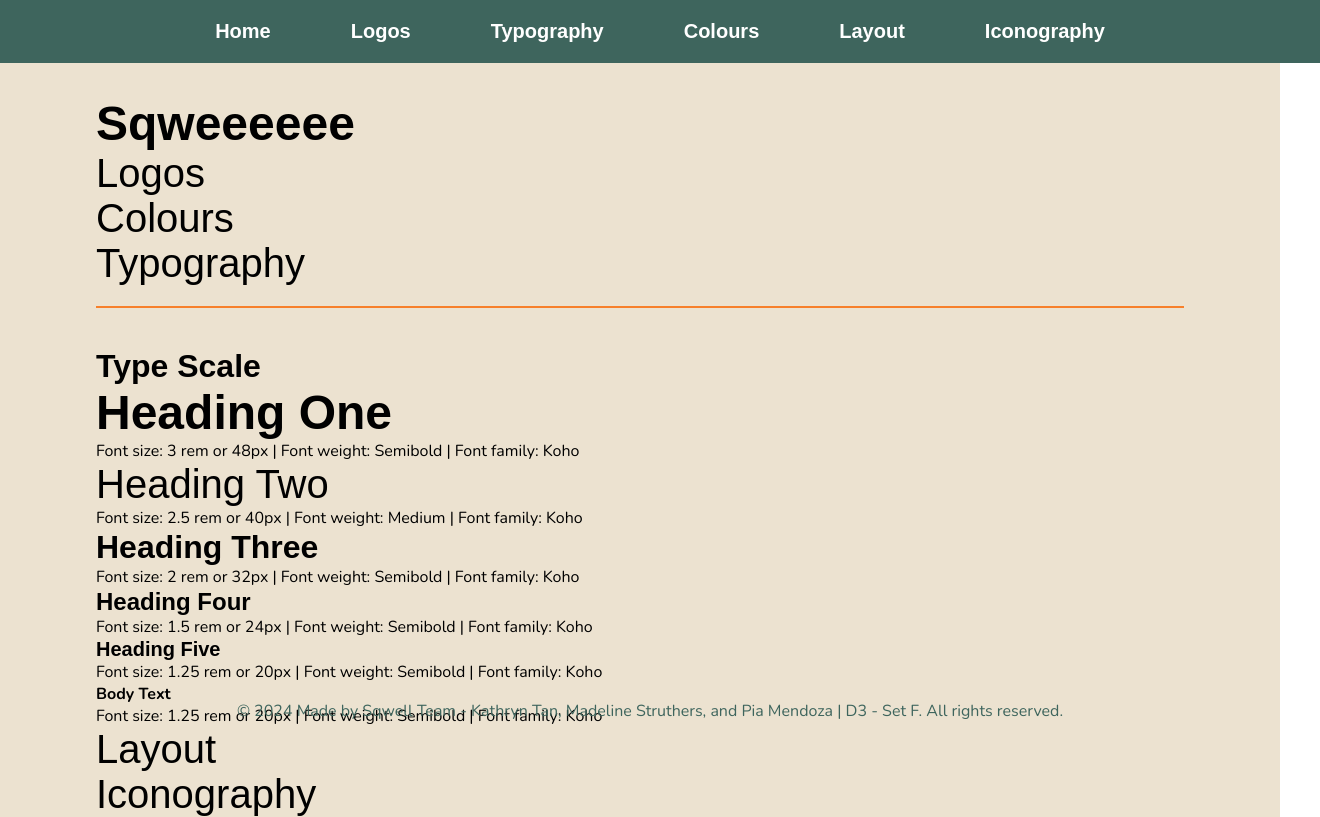
Repository: lpcmendoza/sqwell_styleguide
Page: /
An editor plug-in stored every save of this project. The page is shown before and after the next save, followed by the edit.
The browser window is 1280 px wide. The page is 1320 px wide, so the pictures cover 1320 px, including what lies to the right of the window. The pictures show the whole page.
Some web fonts or font styles are not loaded; a fallback is used. The project was rebuilt for these pictures with package versions that can differ from the ones it lists, and the page was loaded fresh each time. The framework's server and built-in components were replaced by stand-ins that run in the browser. Also part of the build but not shown: next.config.mjs.

Above is the page before, as saved 2024-04-07 18:06:48.

### pages/_app.js
import '@/styles/globals.css';
import { KoHo, Nunito } from 'next/font/google';

export const koho = KoHo({
  subsets: ['latin'],
  weight: ['400', '500', '600', '700'],
  variable: '--font-koho',
});

export const nunito = Nunito({
  subsets: ['latin'],
  weight: ['400', '700'],
  variable: '--font-nunito',
});

export default function App({ Component, pageProps }) {
  return (
    <main className={`${koho.variable} ${nunito.variable}`}>
    <Component {...pageProps} />
    </main>
  )


}

### pages/index.js
import Head from "next/head";
import Image from "next/image";
import styles from "@/styles/Home.module.css";
import MenuBar from "@/components/MenuBar";
import Footer from "@/components/Footer";
import Typography from "@/components/Typography"


export default function Home() {
  return (
    <>
    <MenuBar/>
      <main className={`${styles.main}`}>
      <h1>Sqweeeeee</h1>

      <h2>Logos</h2>
      <h2>Colours</h2>
      <Typography/>
      <h2>Layout</h2>
      <h2>Iconography</h2>
      </main>


      <Footer/>
    </>
  );
}

### styles/globals.css
:root {
    --blue: #74B4C6;
    --orange: #F7802B;
    --black: #1A1D1A;
    --darkGreen: #3E655D;
    --bone: #ECE2D0;

    --font-h1: 3rem; /*48px*/
    --font-h2: 2.5rem; /*40px*/
    --font-h3: 2rem; /*32px*/
    --font-h4: 1.5rem; /*24px*/
    --font-body: 1rem; /*16px*/
    --font-button: 1rem; /*16px*/
    --font-link: 1rem; /*16px*/
  }

  /*For all HTML elements*/
  *, html {
      margin: 0;
      padding: 0;
      font-size: 16px;
      font-family: var(--font-nunito);
  }

  h1 {
    font-family: var(--font-koho);
    font-size: 3rem;
    font-weight: 600;
  }

  h2 {
    font-family: var(--font-koho);
    font-size: 2.5rem;
    font-weight: 500;
  }

  h3 {
    font-family: var(--font-koho);
    font-size: 2rem;
    font-weight: 600;
  }

  h4 {
    font-family: var(--font-koho);
    font-size: 1.5rem;
    font-weight: 600;
  }

  h5 {
    font-family: var(--font-koho);
    font-size: 1.25rem;
    font-weight: 600;
  }

  p {
    font-family: var(--font-nunito);
    font-size: 16px;
  }

### styles/Home.module.css
.main {
  display: flex;
  flex-direction: column;
  justify-content: space-between;
  padding-top: 6rem;
  padding-right: 6rem;
  padding-left: 6rem;
  padding-bottom: 0;
  min-height: 100vh;
  background-color: var(--bone);

}

### components/MenuBar/index.js
import styles from './MenuBar.module.css'

export default function MenuBar() {
    return (
        <div className={styles.menubarContainer}>
            <div className={styles.blurbg}>
                <ul className={styles.menunames}>
                    <li>
                        <h5>Home</h5>
                    </li>
                    <li>
                        <h5>Logos</h5>
                    </li>
                    <li>
                        <h5>Typography</h5>
                    </li>
                    <li>
                        <h5>Colours</h5>
                    </li>
                    <li>
                        <h5>Layout</h5>
                    </li>
                    <li>
                        <h5>Iconography</h5>
                    </li>
                </ul>
            </div>

        </div>
    )
}

### components/Footer/index.js
import styles from './Footer.module.css'

export default function Footer() {
    return(
        <>
        <footer className={styles.footer}>
            <div className={styles.footerContainer}>
                © 2024 Made by Sqwell Team - Kathryn Tan, Madeline Struthers, and Pia Mendoza  |  D3 - Set F. All rights reserved.
            </div>
        </footer>
        </>
    )
}

### components/Typography/index.js
import styles from './Typography.module.css';

export default function Typography() {
    return (
        <main>
        <h2 className={styles.sectionHead}>Typography</h2>

            <h3 className={styles.typscale}>Type Scale</h3>
            <ul className={styles.typescaleDetails}>
                <li>
                <h1>Heading One</h1> <p>Font size: 3 rem or 48px   |   Font weight: Semibold   |   Font family: Koho</p>
                </li>
                <li>
                <h2>Heading Two</h2> <p>Font size: 2.5 rem or 40px   |   Font weight: Medium   |   Font family: Koho</p>
                </li>
                <li>
                <h3>Heading Three</h3> <p>Font size: 2 rem or 32px   |   Font weight: Semibold   |   Font family: Koho</p>
                </li>
                <li>
                <h4>Heading Four</h4> <p>Font size: 1.5 rem or 24px   |   Font weight: Semibold   |   Font family: Koho</p>
                </li>
                <li>
                <h5>Heading Five</h5> <p>Font size: 1.25 rem or 20px   |   Font weight: Semibold   |   Font family: Koho</p>
                </li>
                <li>
                <p className={styles.bodyCopy}>Body Text</p> <p>Font size: 1.25 rem or 20px   |   Font weight: Semibold   |   Font family: Koho</p>
                </li>

            </ul>
        </main>
    )
}

### components/MenuBar/MenuBar.module.css
.menubarContainer{
    display: flex;
    flex-direction: row;
    justify-content: space-evenly;
    width: 100%;
    background-color: var(--darkGreen);
    padding: 20px;
    position: absolute;
    z-index: 10;
}

.menunames {
    list-style: none;
    display: flex;
    flex-direction: row;
    align-items: center;
    justify-content: space-evenly;
    gap: 5rem;
}

.menunames h5 {
    color: white;
}

### components/Footer/Footer.module.css
.footer{
    bottom: 0;
    position: absolute;
    width: 100%;
}

.footerContainer {
    height: 10px;
    margin: auto;
    width: 100%;
    text-align: center;
    padding: 10px;
    color: var(--darkGreen);
    margin-bottom: 0;
}

### components/Typography/Typography.module.css
.typescaleDetails {
    list-style: none;
}

.typescale {
    padding-bottom: 40px;
}

.typescaleDetails h1 {
    padding-bottom: 0px;
}

.sectionHead {
    border-bottom: 2px solid var(--orange);
    margin-bottom: 40px;
    padding-bottom: 20px;
}

.bodyCopy {
    font-weight: 700;
}

Loaded but not shown: pages/_document.js (common file)

After the next save:
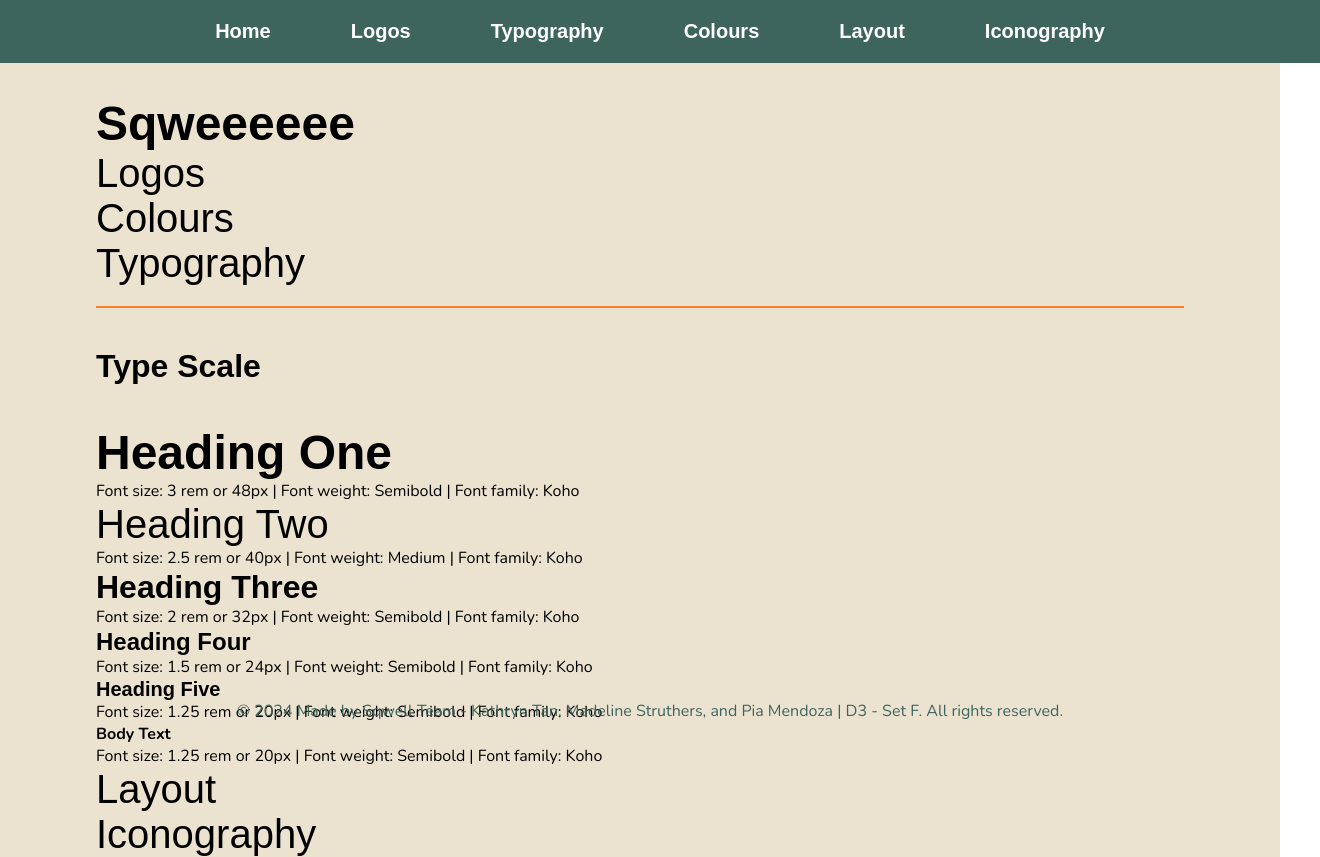
Saved 13 s later.
--- a/components/Typography/Typography.module.css
+++ b/components/Typography/Typography.module.css
@@ -2,7 +2,7 @@
     list-style: none;
 }
 
-.typescale {
+.typscale {
     padding-bottom: 40px;
 }
 
